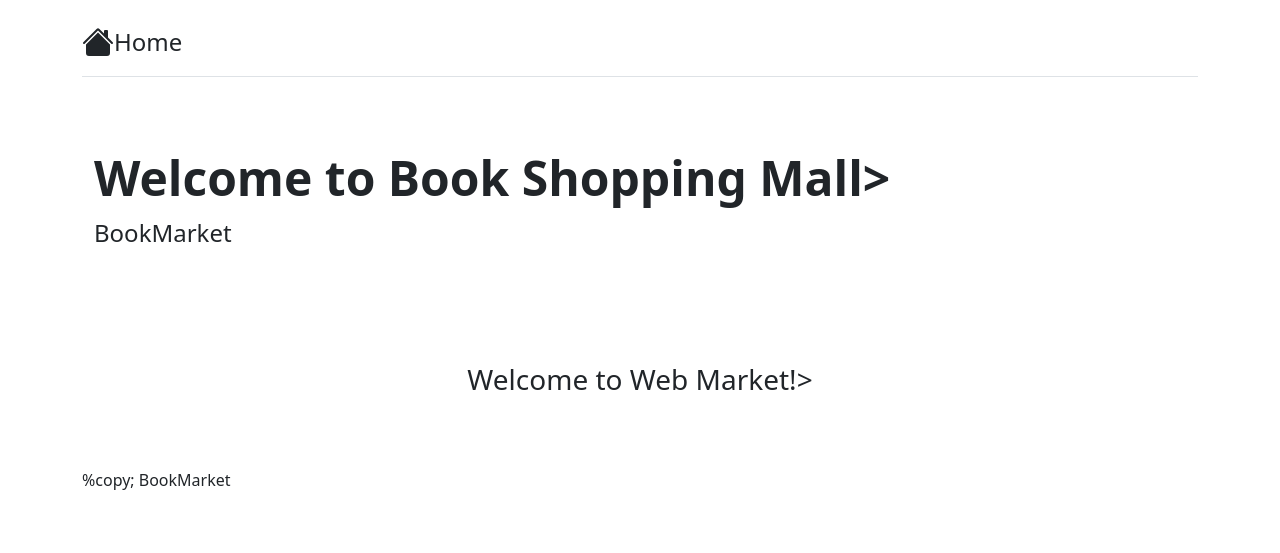
Repository: sanghyunlee7680/JSP-practice
Page: http://localhost/bookmarket/
The author's editor kept a copy of each file at every save. The page is drawn from the files as they stood at one save, then again after the next save.
The browser window is 1280 px wide. The pictures show the whole page.
The page is served by Tomcat 10.

Above is the page before, as saved 2024-10-08 02:32:59.

After the next save:
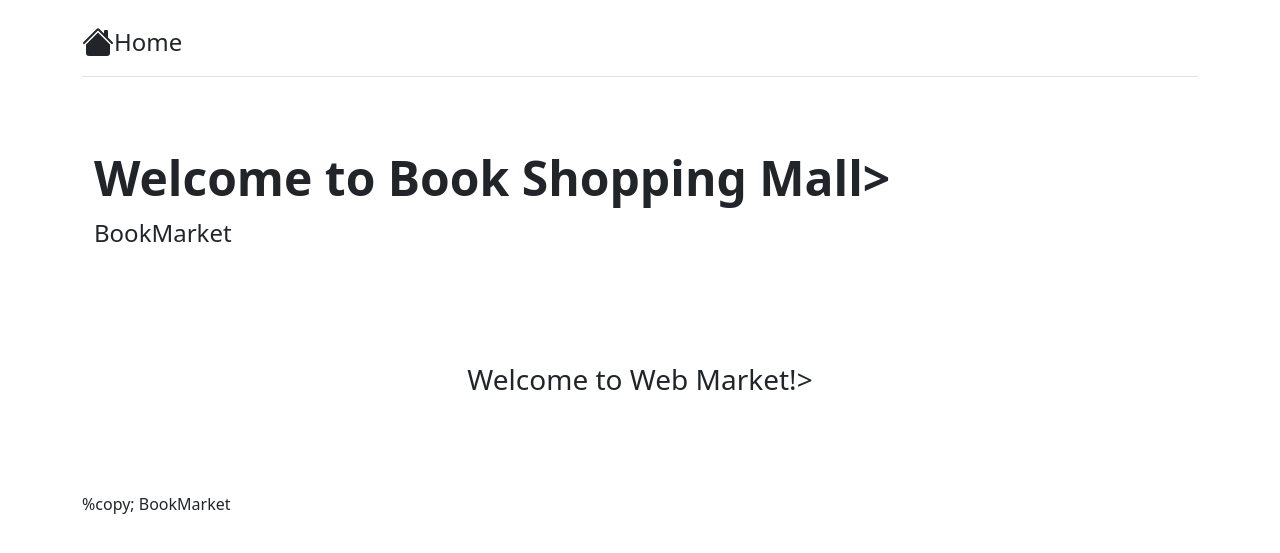
Saved 8 s later.
--- a/bookmarket/src/main/webapp/welcome.jsp
+++ b/bookmarket/src/main/webapp/welcome.jsp
@@ -33,7 +33,7 @@
 				</div>
 			</div>
 		</div>
-		<footer class="pt-3">
+		<footer class="pt-3 mt-4">
 			%copy; BookMarket
 		</footer>
 	</div>
